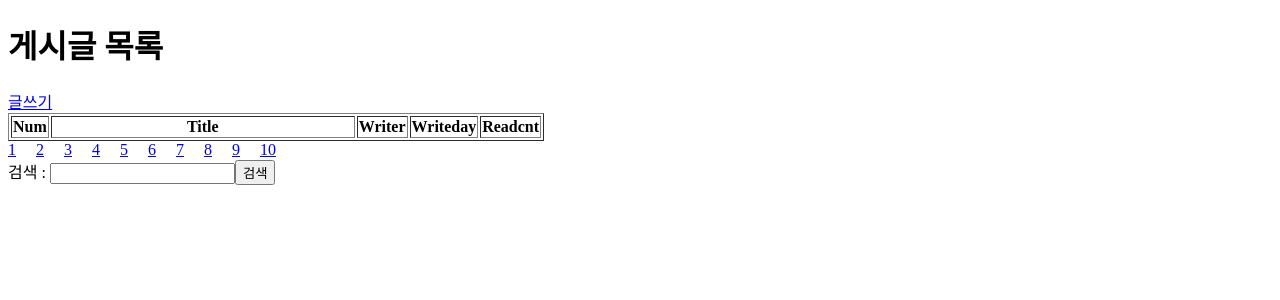
Repository: sanghshlsh/workspace_jsp
Page: http://localhost/Board3/list.jsp
These files come from the project's save history. The page is drawn as it stood at one moment and after the next save; the edit follows.
The browser window is 1280 px wide. The pictures show the whole page.
The page is served by Tomcat 9. The template is opened directly, without the code that normally fills it, so the values that code supplies are empty.

Above is the page before, as saved 2020-06-09 00:24:26.

After the next save:
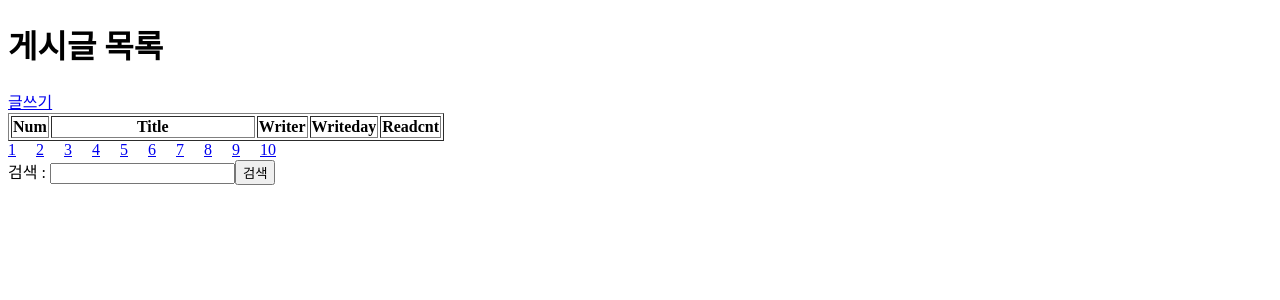
Saved 22 s later.
--- a/Board3/WebContent/list.jsp
+++ b/Board3/WebContent/list.jsp
@@ -19,7 +19,7 @@
 <thead>
 <tr>
 <th>Num</th>
-<th width="300">Title</th>
+<th width="200">Title</th>
 <th>Writer</th>
 <th>Writeday</th>
 <th>Readcnt</th>
